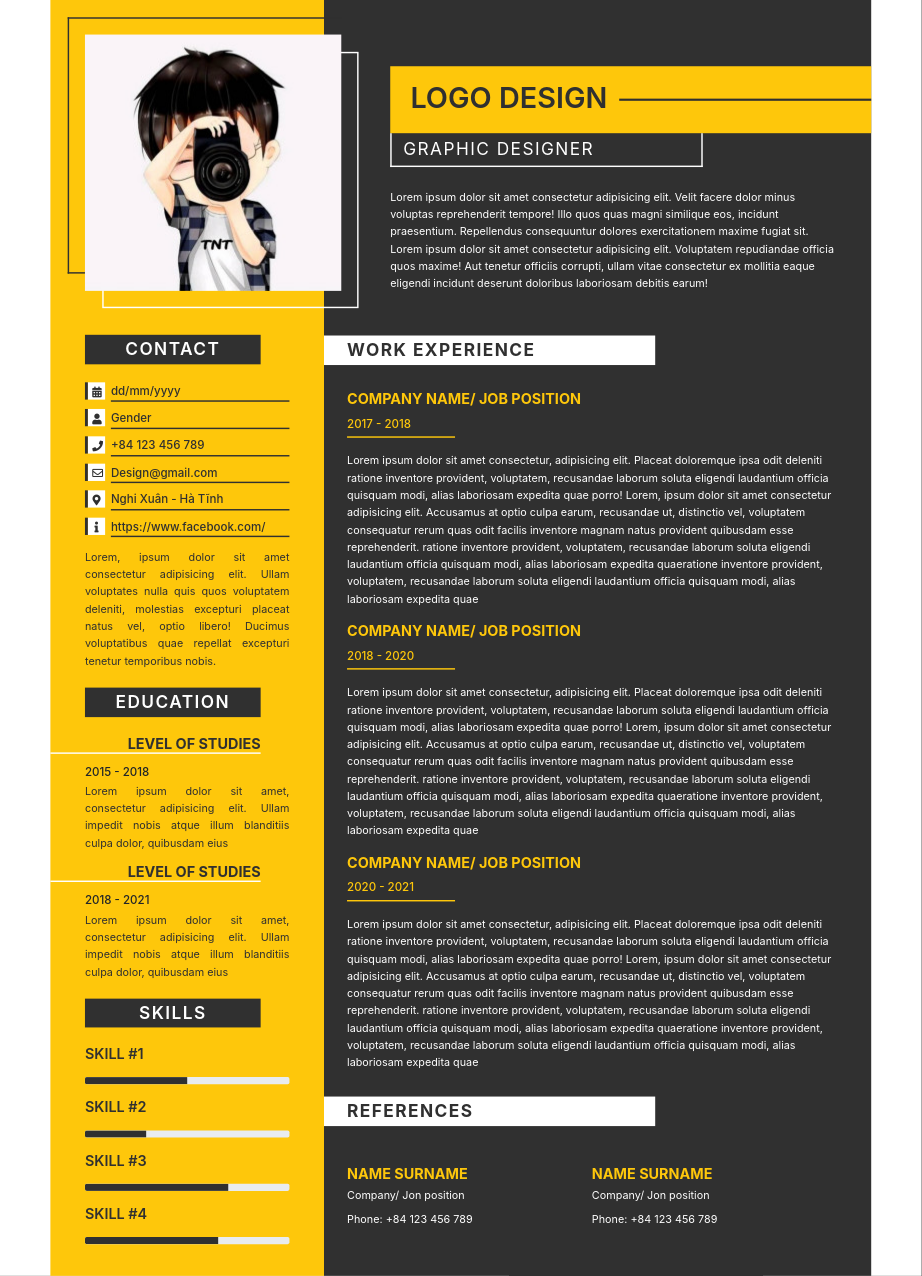
Repository: khoitadev/myCV
Page: index.html
These files come from the project's save history. The page is drawn as it stood at one moment and after the next save; the edit follows.
The browser window is 1280 px wide. The pictures show the whole page, at 72% of full size.
Some web libraries are served in a nearby version.

Above is the page before, as saved 2021-10-12 22:00:14.

After the next save:
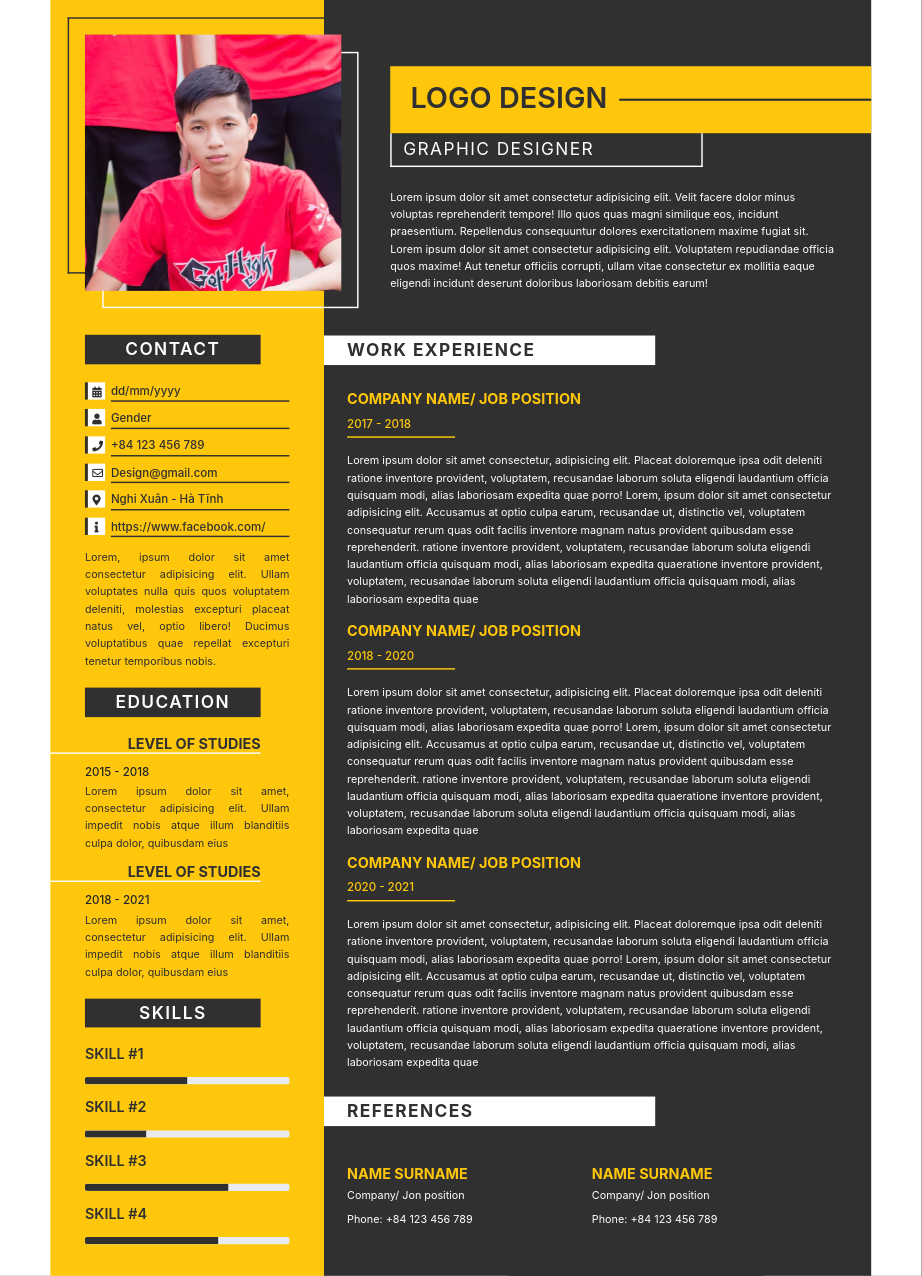
Saved 122 days later.
--- a/index.html
+++ b/index.html
@@ -38,7 +38,7 @@
       <div class="row">
         <div class="col-md-4 cv__left">
           <div class="cv__img">
-            <img src="./assets/img/avt3077245_256by256.jpg" />
+            <img src="./assets/img/cv2.jpg" />
           </div>
           <div class="cv__body-left">
             <h2 class="heading__left">CONTACT</h2>
